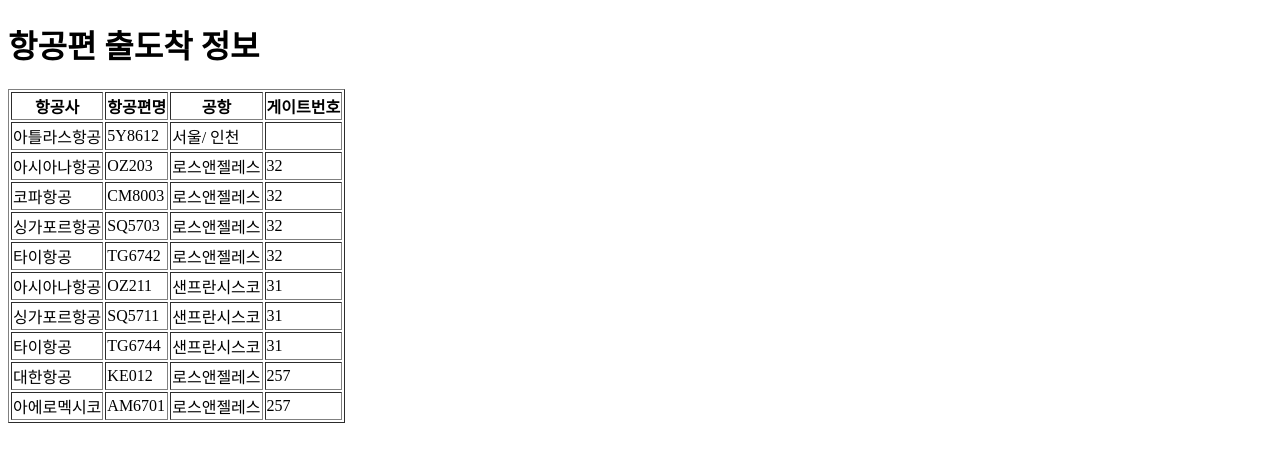
Repository: iamlydiaaaa/OpenAPI_test
Page: http://localhost/weather/liblist.jsp
These files come from the project's save history. The page is drawn as it stood at one moment and after the next save; the edit follows.
The browser window is 1280 px wide. The pictures show the whole page.
The page is served by Tomcat 9.

Above is the page before, as saved 2022-10-11 07:17:06.

After the next save:
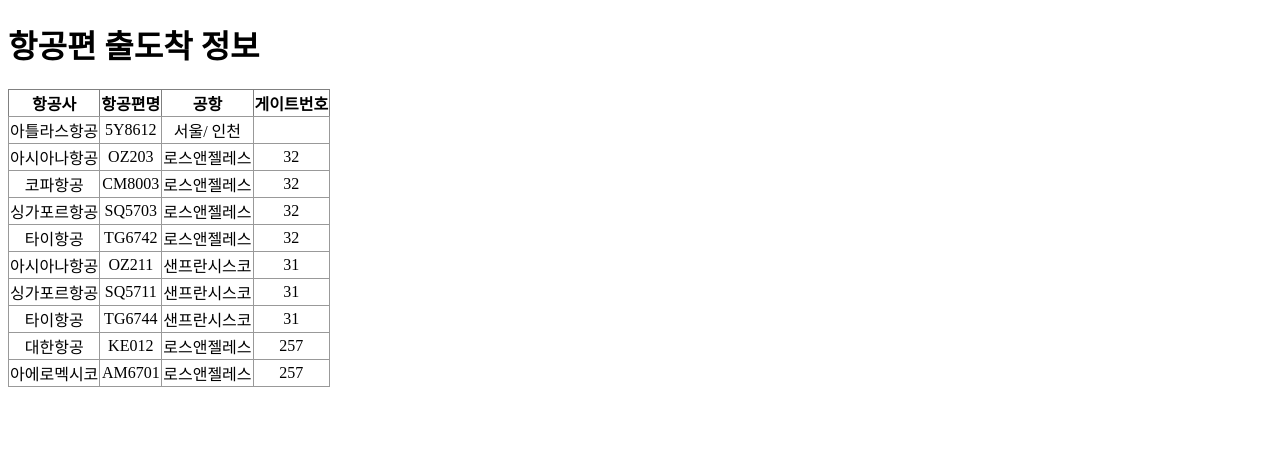
Saved 61 s later.
--- a/weather/src/main/webapp/liblist.jsp
+++ b/weather/src/main/webapp/liblist.jsp
@@ -7,6 +7,13 @@
 <title>liblist</title>
 <script type="text/javascript" src="./js/jquery-3.6.1.js"></script>
 <script type="text/javascript" src="./js/lib01.js"></script>
+<style>
+	.flight_table{border-collapse: collapse; text-align: center;}
+	.flight_table thead{}
+	.flight_table tbody{}
+	.flight_table tr{}
+	.flight_table td{border: 1px solid #999; border-collapse: collapse;}
+</style>
 </head>
 <body>
 <h1>항공편 출도착 정보</h1>
